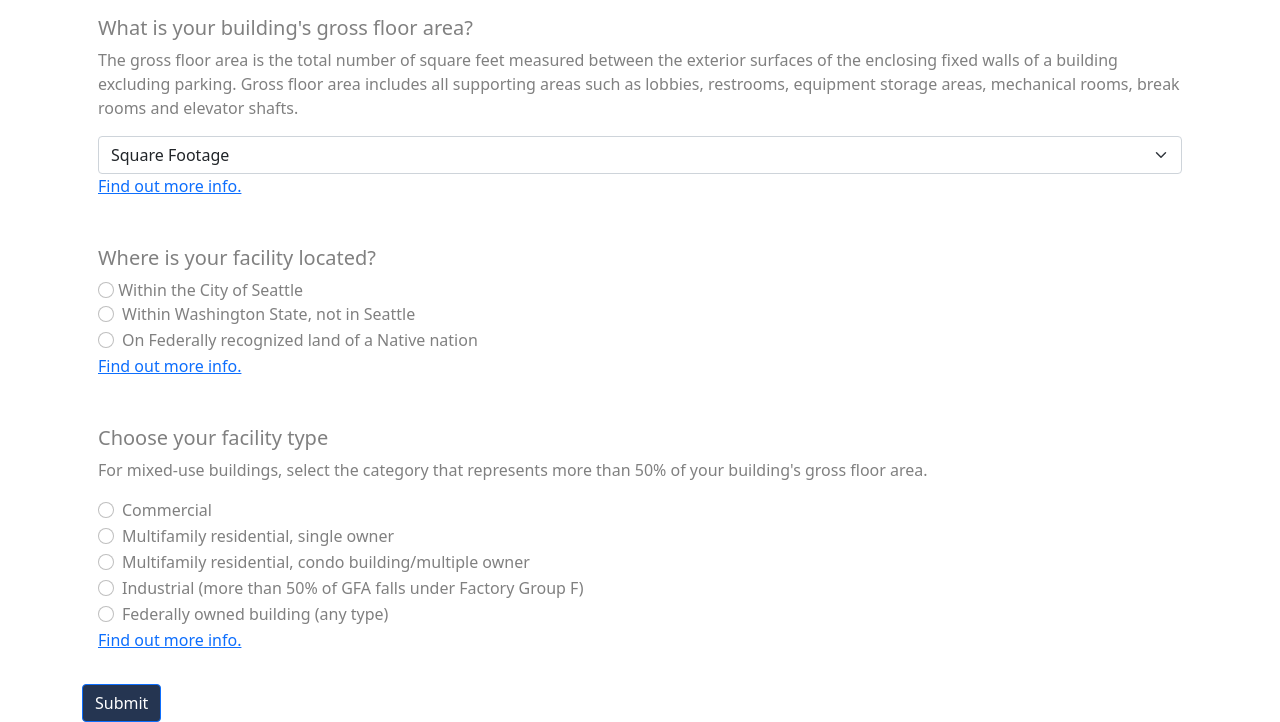
Repository: ChaidGPT/SershonSystemsQuiz
Page: index.html
These files come from the project's save history. The page is drawn as it stood at one moment and after the next save; the edit follows.
The browser window is 1280 px wide. The pictures show the whole page.

Above is the page before, as saved 2023-07-07 15:44:54.

After the next save:
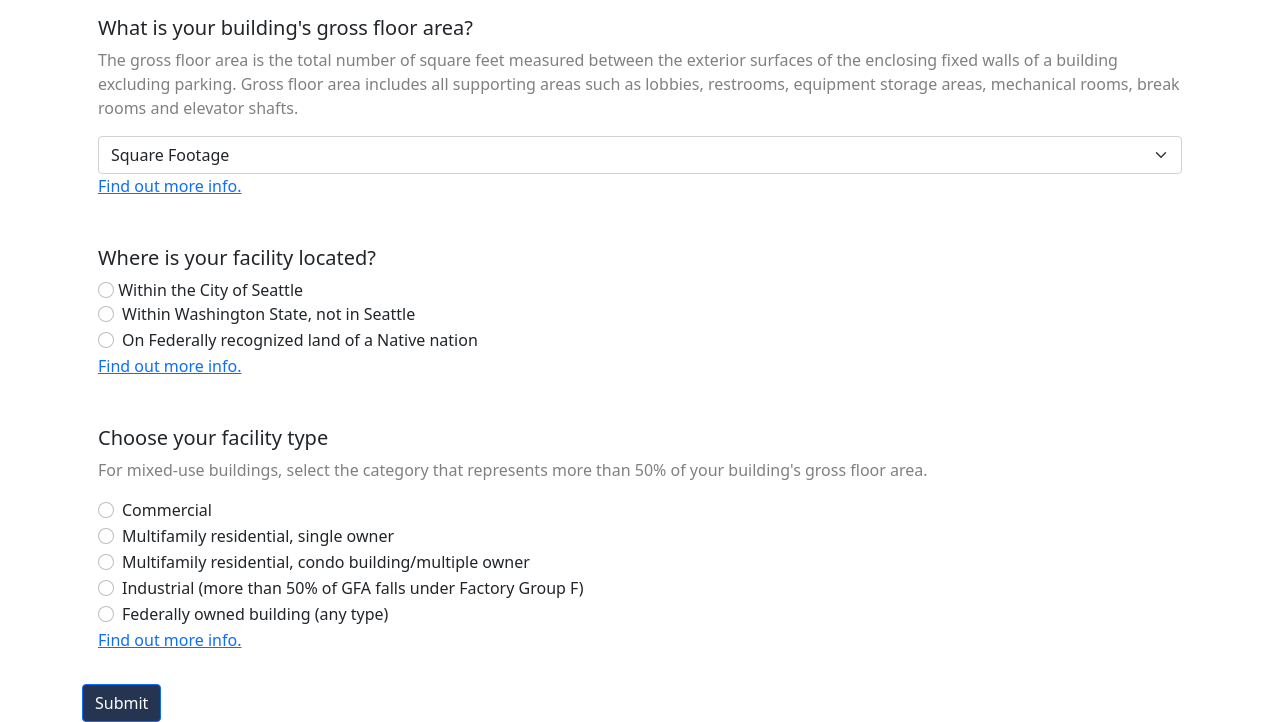
Saved 31 s later.
--- a/index.html
+++ b/index.html
@@ -24,7 +24,7 @@
         background-color: #253551;
     }
 
-	.card-body {
+	.card-body p {
 		font-size: 14;
 		color: gray;
 	}
